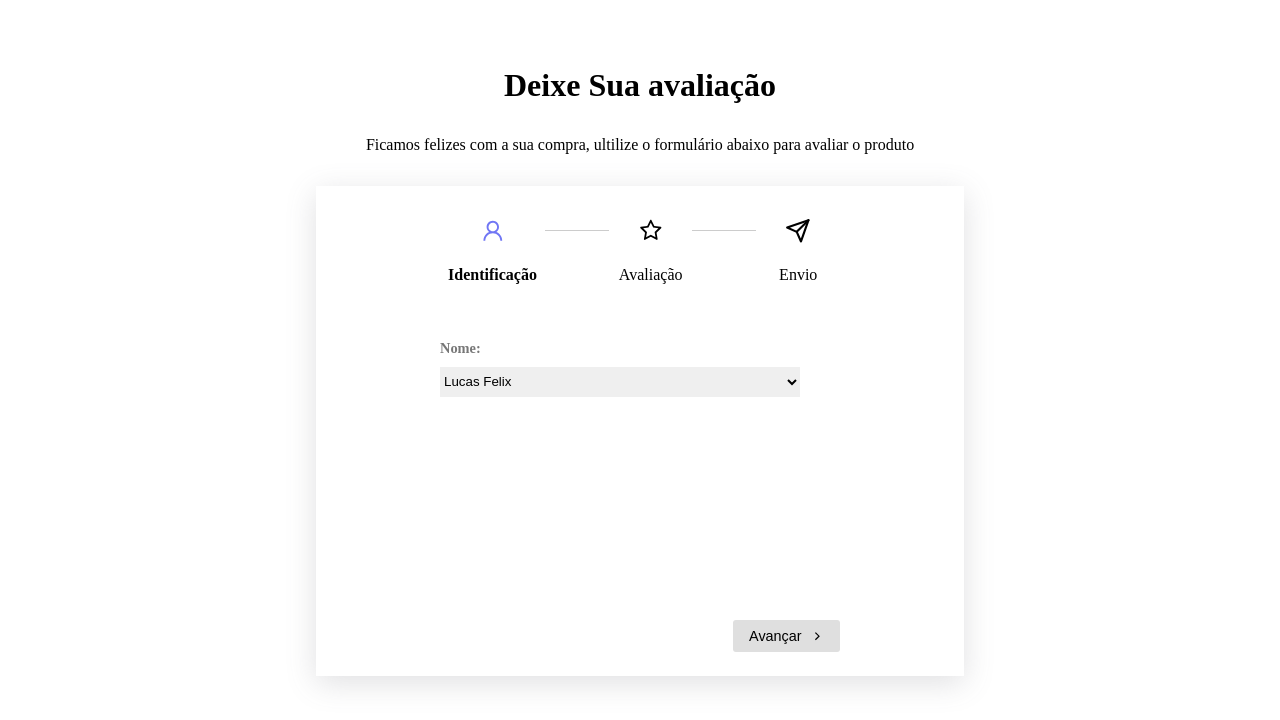
Repository: pheonix5/formulario_stap
Page: /
The author's editor kept a copy of each file at every save. The page is drawn from the files as they stood at one save, then again after the next save.
The browser window is 1280 px wide. The pictures show the whole page.
The project was rebuilt for these pictures with package versions that can differ from the ones it lists, and the page was loaded fresh each time. Also part of the build but not shown: vite.config.js, src/components/ReviewForm.css, src/components/ReviewForm.tsx, src/components/Thanks.css, src/components/Thanks.tsx.

Above is the page before, as saved 2023-05-24 21:17:12.

After the next save:
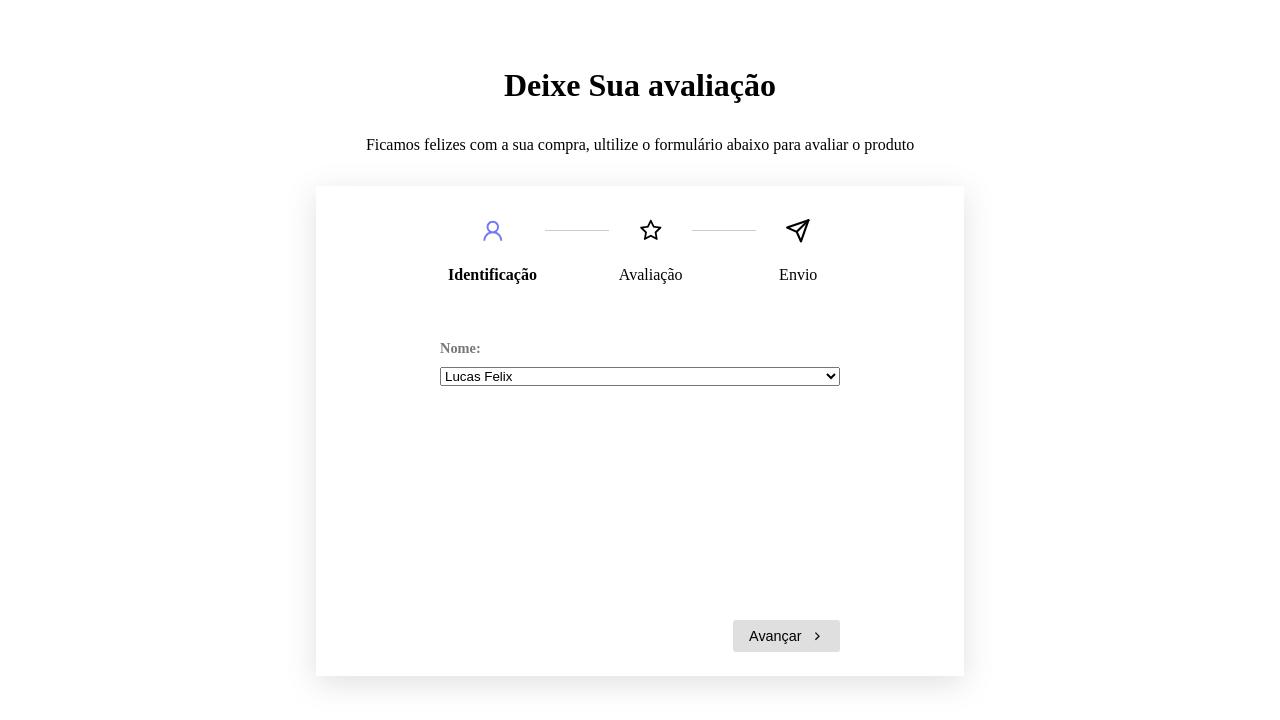
Saved 48 s later.
--- a/src/components/UserForm.css
+++ b/src/components/UserForm.css
@@ -1,8 +1,4 @@
-.form-control select{
-  width: 90%;
-  height: 30px;
-  margin: 0;
-  padding: 0;
-  border: none;
-  outline: none;
+.form-control {
+  position: relative;
+  overflow: hidden;
 }
